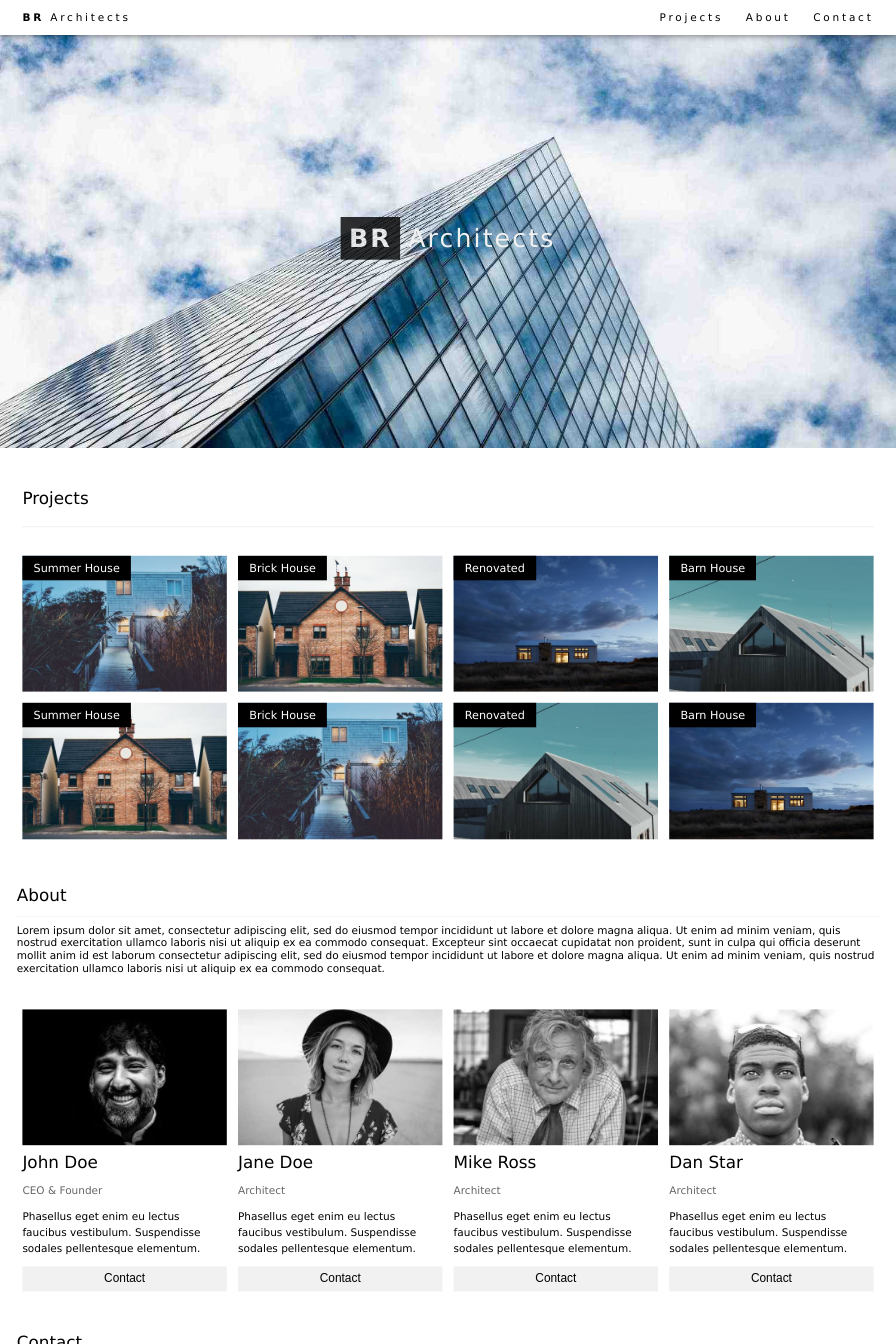
Repository: xd25vn/architects
Page: index.html
An editor plug-in stored every save of this project. The page is shown before and after a run of saves, followed by the edit.
The browser window is 1280 px wide. The pictures show the part of the page from y = 0 to 1920 px (the page is 3110 px tall), at 70% of full size.

Above is the page before, as saved 2023-08-16 18:14:27.

After the next 2 saves:
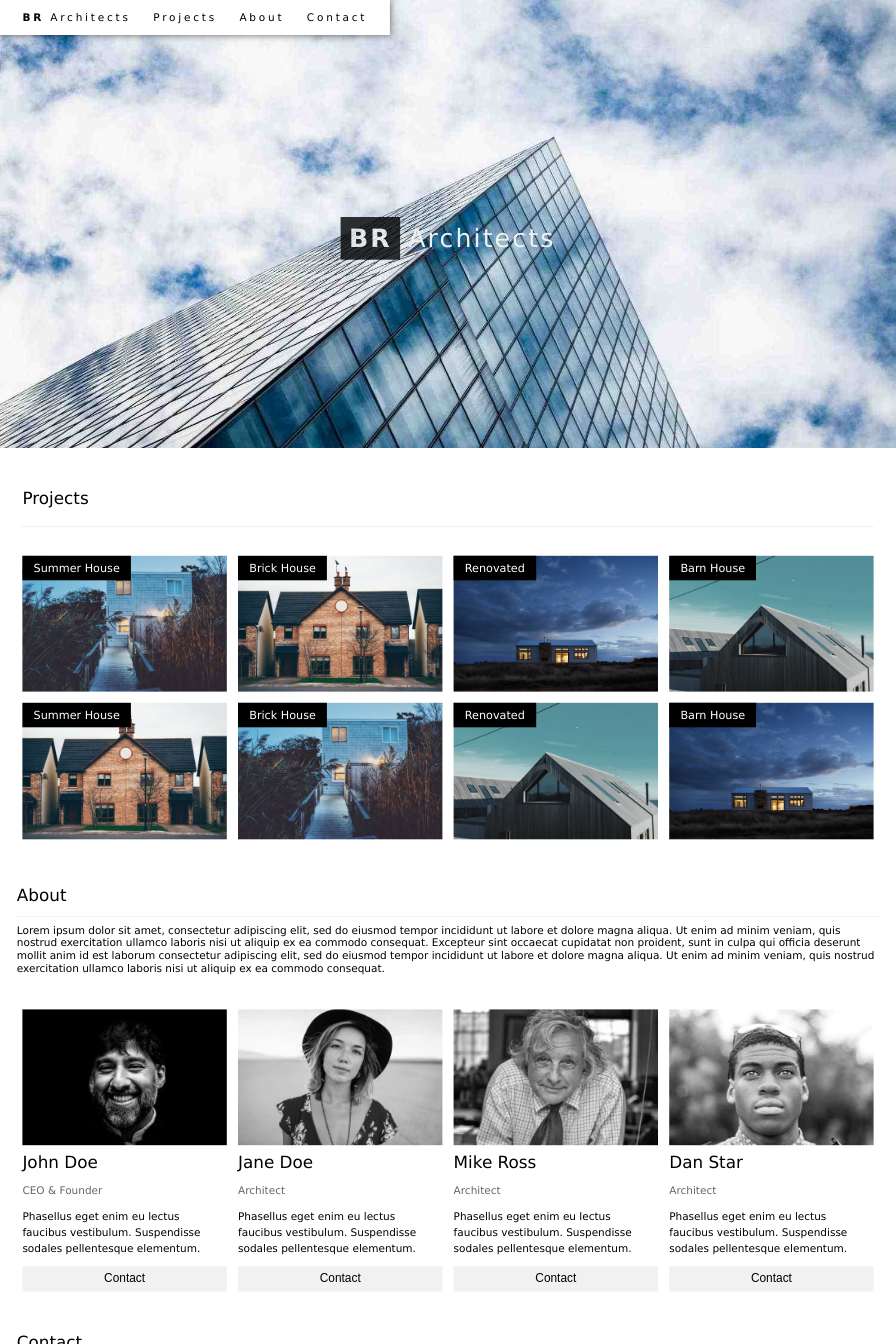
The 2 saves are shown as one change because they came seconds apart.
The last was saved 28 s later.
--- a/assets/css/style.css
+++ b/assets/css/style.css
@@ -21,13 +21,18 @@ html {
 }
 /* END COMMON */
 
+header {
+    position: fixed;
+    z-index: 1;
+}
+
 #nav {
     background: #fff;
     box-shadow: 0 0 10px rgba(0, 0, 0, 0.6);
     padding: 8px 16px;
     width: 100%;
-    position: fixed;
-    z-index: 1;
+    /* position: fixed;
+    z-index: 1; */
 }
 
 #nav li {
